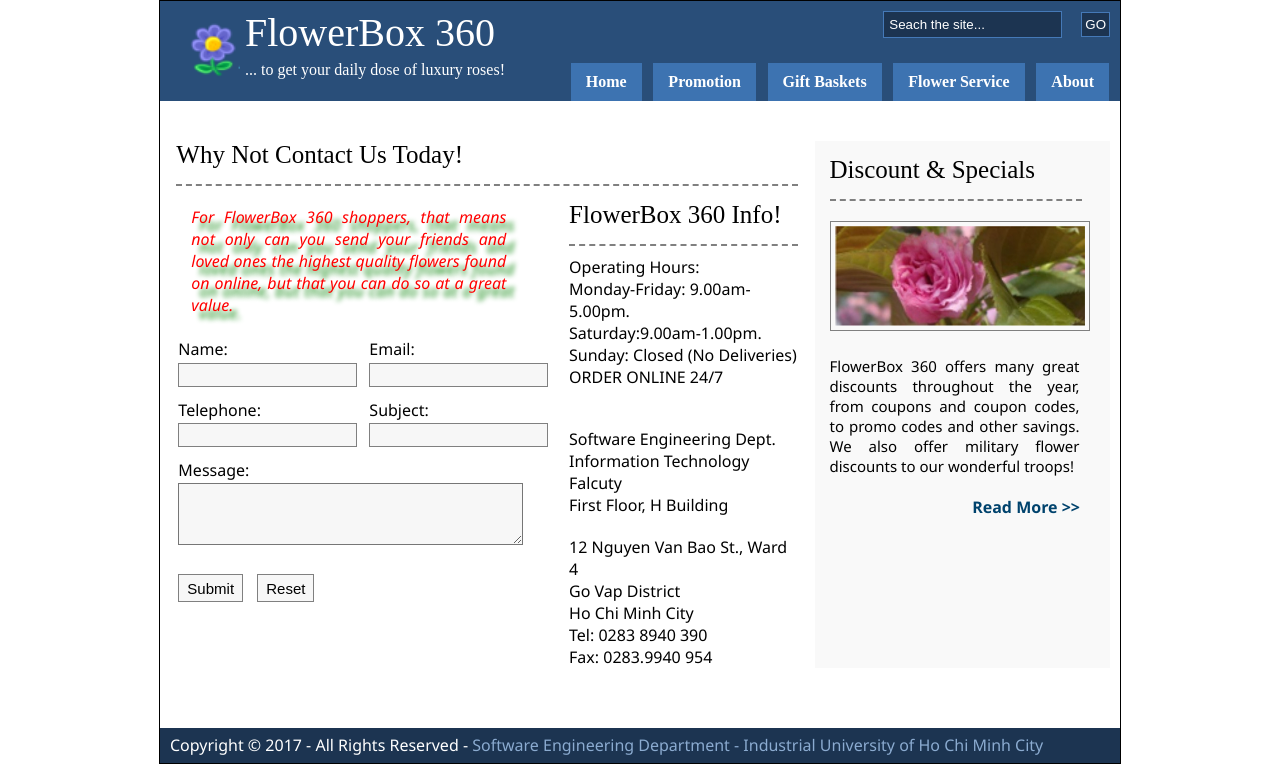
Repository: thu1365/BTKT_WEB
Page: HTML/btkt.html
The author's editor kept a copy of each file at every save. The page is drawn from the files as they stood at one save, then again after the next save.
The browser window is 1280 px wide. The pictures show the whole page.

Above is the page before, as saved 2023-03-11 20:47:02.

After the next save:
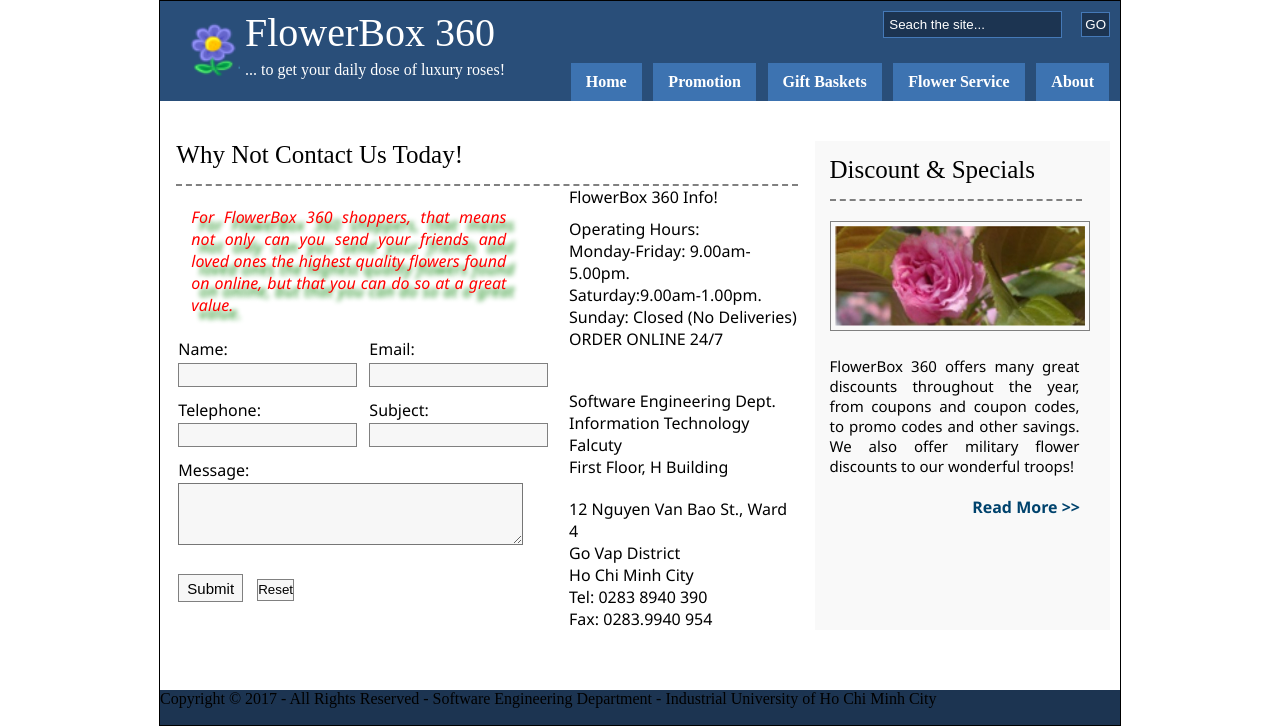
Saved 9 min 40 s later.
--- a/HTML/btkt.html
+++ b/HTML/btkt.html
@@ -141,15 +141,15 @@
             flex-wrap: wrap;
         }
 
-        .c1 {
+        .p1 {
             width: 55%;
         }
 
-        .c2 {
+        .p2 {
             width: 35%;
         }
 
-        .c3 {
+        .p3 {
             background-color: #f9f9f9;
             width: 30%;
             padding-left: 15px;
@@ -166,7 +166,7 @@
             border-bottom: 2px dashed gray;
         }
 
-        .c1_para {
+        .p1_1 {
             padding: 20px 30px 20px 15px;
             text-align: justify;
             color: red;
@@ -188,7 +188,7 @@
             background-color: #f7f7f7;
         }
 
-        .c1_btn {
+        .p1_sub {
             box-sizing: border-box;
             margin-top: 20px;
             height: 28px;
@@ -198,7 +198,7 @@
             border: 1px solid gray;
         }
 
-        .c2_para {
+        .p2_1 {
             font-family: 'Times New Roman', Times, serif;
             padding: 15px 0px 15px;
             width: 100%;
@@ -207,21 +207,21 @@
             border-bottom: 2px dashed gray;
         }
 
-        .c2_des1 {
+        .p2_2 {
             font-family: 'Segoe UI', Tahoma, Geneva, Verdana, sans-serif;
             padding: 10px 0 40px 0;
         }
 
-        .c2_des2 {
-            font-family: 'Segoe UI', Tahoma, Geneva, Verdana, sans-serif;
-        }
-
-        .c2_des3 {
+        .p2_3 {
+            font-family: 'Segoe UI', Tahoma, Geneva, Verdana, sans-serif;
+        }
+
+        .p2_4 {
             font-family: 'Segoe UI', Tahoma, Geneva, Verdana, sans-serif;
             padding-top: 20px;
         }
 
-        .c3_para {
+        .p3_1 {
             font-family: 'Times New Roman', Times, serif;
             padding: 15px 0px 15px;
             width: 90%;
@@ -231,7 +231,7 @@
             border-bottom: 2px dashed gray;
         }
 
-        .c3_img {
+        .p3_anh {
             width: 250px;
             height: 100px;
             padding: 4px;
@@ -239,7 +239,7 @@
             border: 1px solid gray;
         }
 
-        .c3_des {
+        .p3_2 {
             width: 250px;
             margin-right: 30px;
             float: left;
@@ -249,7 +249,7 @@
             display: block;
         }
 
-        .c3_link {
+        .p3_3 {
             color: #00436d;
             font-weight: bold;
             margin-right: 30px;
@@ -263,14 +263,14 @@
             height: 35px;
         }
 
-        #footer_line {
+        #footer_1 {
             font-family: 'Segoe UI', Tahoma, Geneva, Verdana, sans-serif;
             padding-left: 10px;
             color: #8babd0;
             line-height: 35px;
         }
 
-        #footer_line .white {
+        #footer_1 .white {
             color: #fff;
         }
     </style>
@@ -303,8 +303,8 @@
         <div class="container">
             <div class="Left">
                 <p class="Left1">Why Not Contact Us Today!</p>
-                <div class="c1">
-                    <p class="c1_para">For FlowerBox 360 shoppers, that means not only can you send your friends and loved ones the highest quality flowers found on online, but that you can do so at a great value.</p>
+                <div class="p1">
+                    <p class="p1_1">For FlowerBox 360 shoppers, that means not only can you send your friends and loved ones the highest quality flowers found on online, but that you can do so at a great value.</p>
                     <form action="" class="c1_form">
                         <table>
                             <tr>
@@ -331,37 +331,37 @@
                             </tr>
                             <tr>
                                 <tr>
-                                    <td><input class="c1_btn" type="button" value="Submit"> <input class="c1_btn" type="button" value="Reset"></td>
+                                    <td><input class="p1_sub" type="button" value="Submit"> <input class="c1_btn" type="button" value="Reset"></td>
                                 </tr>
                             </tr>
                         </table>
 
                     </form>
                 </div>
-                <div class="c2">
-                    <p class="c2_para">FlowerBox 360 Info!</p>
-                    <p class="c2_des1">Operating Hours: <br> Monday-Friday: 9.00am-5.00pm.<br> Saturday:9.00am-1.00pm.
+                <div class="p2">
+                    <p class="c2_1">FlowerBox 360 Info!</p>
+                    <p class="p2_2">Operating Hours: <br> Monday-Friday: 9.00am-5.00pm.<br> Saturday:9.00am-1.00pm.
                         <br> Sunday: Closed (No Deliveries)<br> ORDER ONLINE 24/7
                     </p>
-                    <p class="c2_des2">
+                    <p class="p2_3">
                         Software Engineering Dept. <br> Information Technology Falcuty<br> First Floor, H Building
                     </p>
-                    <p class="c2_des3">
+                    <p class="p2_4">
                         12 Nguyen Van Bao St., Ward 4<br> Go Vap District<br> Ho Chi Minh City<br> Tel: 0283 8940 390<br> Fax: 0283.9940 954
                     </p>
 
 
                 </div>
             </div>
-            <div class="c3">
-                <p class="c3_para">Discount & Specials</p>
-                <img src="/IMAGE/Hoa.jpg" alt="" class="c3_img">
-                <p class="c3_des">FlowerBox 360 offers many great discounts throughout the year, from coupons and coupon codes, to promo codes and other savings. We also offer military flower discounts to our wonderful troops!</p>
-                <a class="c3_link" href="">Read More >></a>
+            <div class="p3">
+                <p class="p3_1">Discount & Specials</p>
+                <img src="/IMAGE/Hoa.jpg" alt="" class="p3_anh">
+                <p class="p3_2">FlowerBox 360 offers many great discounts throughout the year, from coupons and coupon codes, to promo codes and other savings. We also offer military flower discounts to our wonderful troops!</p>
+                <a class="p3_3" href="">Read More >></a>
             </div>
         </div>
         <footer>
-            <p id="footer_line"><span class="white">Copyright © 2017 - All Rights Reserved -</span> Software Engineering Department - Industrial University of Ho Chi Minh City</p>
+            <p id="footer_1><span class=" white ">Copyright © 2017 - All Rights Reserved -</span> Software Engineering Department - Industrial University of Ho Chi Minh City</p>
         </footer>
     </div>
 </body>
